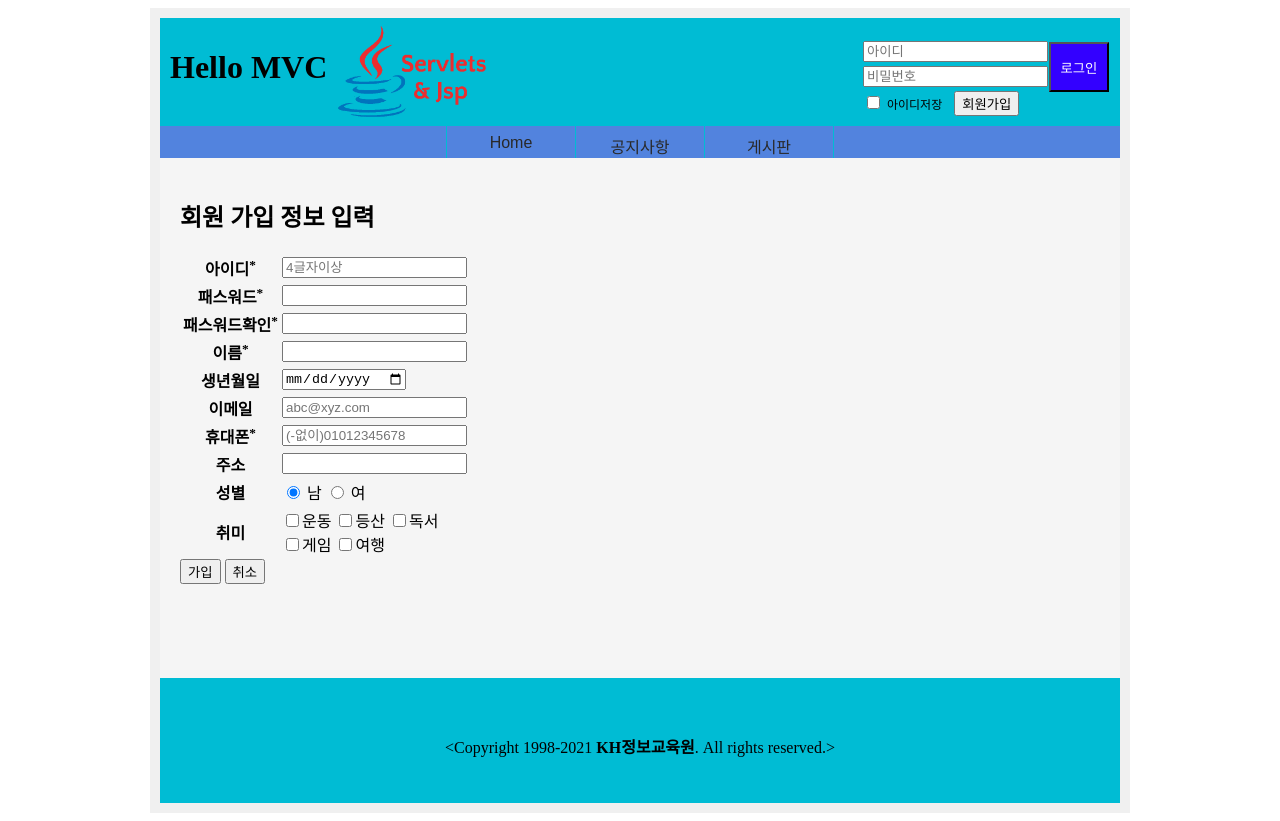
Repository: rlwi440/KH-Backend
Page: http://localhost/02_hellomvc/member/memberEnroll
These files come from the project's save history. The page is drawn as it stood at one moment and after the next save; the edit follows.
The browser window is 1280 px wide. The pictures show the whole page.
The page is served by Tomcat 9.

Above is the page before, as saved 2021-03-26 11:06:34.

After the next save:
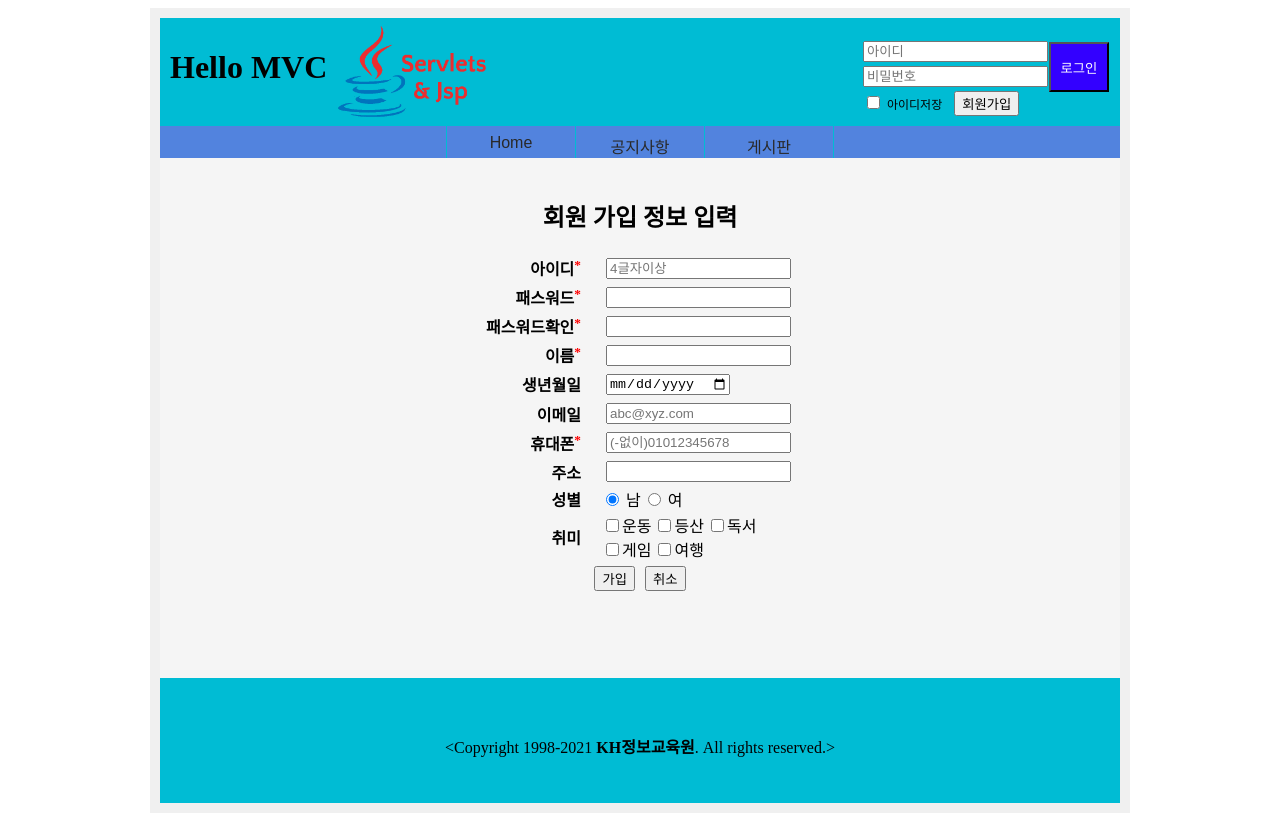
Saved 110 s later.
--- a/Web_server/web_server_Workspace/02_hellomvc/WebContent/css/style.css
+++ b/Web_server/web_server_Workspace/02_hellomvc/WebContent/css/style.css
@@ -62,5 +62,14 @@ ul.main-nav li:hover > a{
 /********** content **********/
 section#content	{ background-color:#F5F5F5; float:left; width:940px; min-height:500px; }
 
+ /* 회원가입페이지 */
+section#enroll-container {text-align:center;}
+section#enroll-container input{margin:3px;}
+section#enroll-container table{margin:0 auto;}
+section#enroll-container table th {padding:0 10px; text-align:right;}
+section#enroll-container table td {padding:0 10px; text-align:left;}
+section#enroll-container sup{color: red;}
+
+
 /********** footer **********/
 footer			{ background-color:#00bcd4; clear:both; height:75px; text-align:center;padding-top:40px;}
